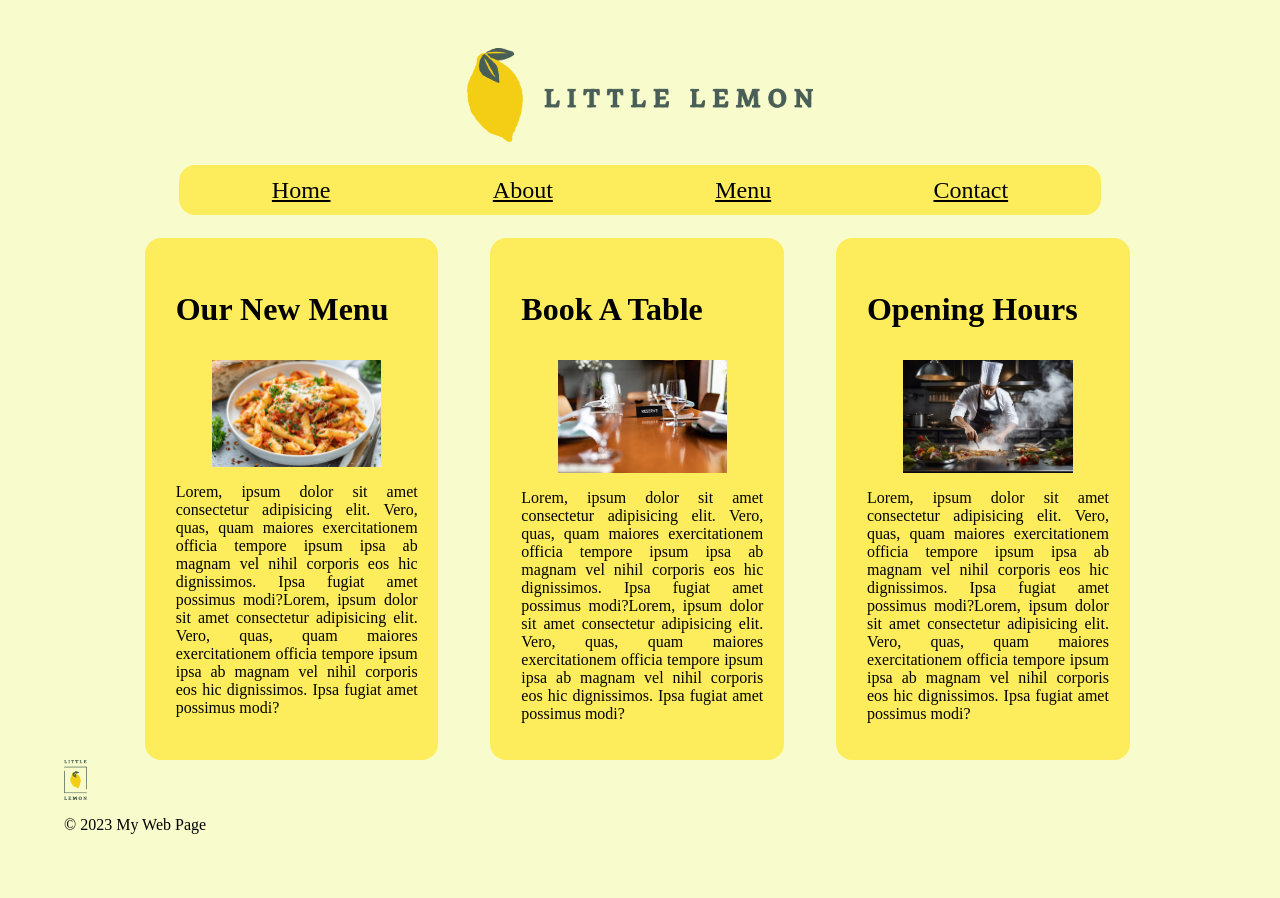
Repository: Yeshwanth-189/meta-html-css
Page: index.html
These files come from the project's save history. The page is drawn as it stood at one moment and after a run of saves; the edit follows.
The browser window is 1280 px wide. The pictures show the whole page.

Above is the page before, as saved 2025-04-21 23:19:30.

After the next 2 saves:
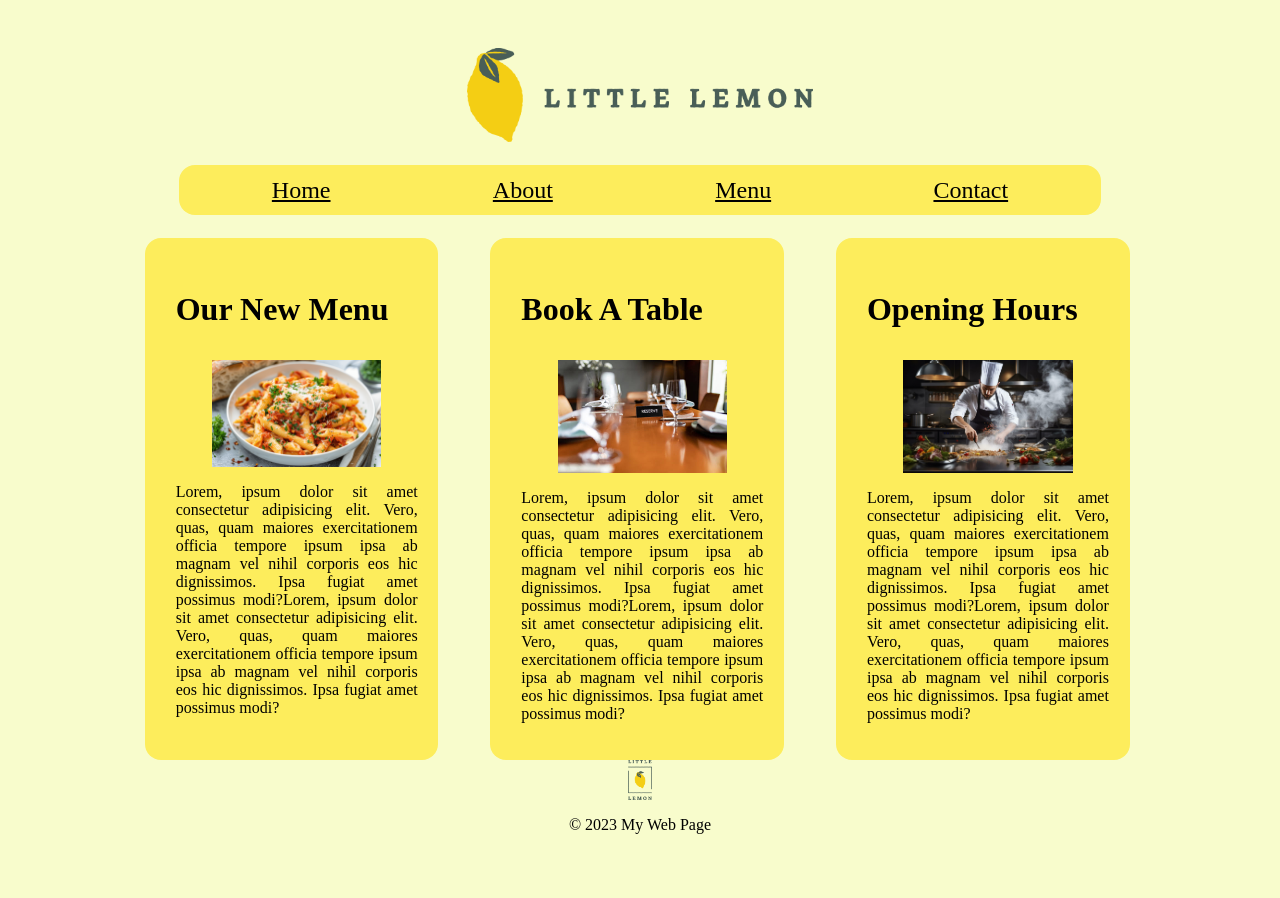
The 2 saves are shown as one change because they came seconds apart.
The last was saved 9 s later.
--- a/styles.css
+++ b/styles.css
@@ -56,6 +56,8 @@
 }
 footer div {
   display: flex;
+  flex-direction: row;
+  justify-content: space-around;
 }
 footer {
   flex: 1;

After the save that followed:
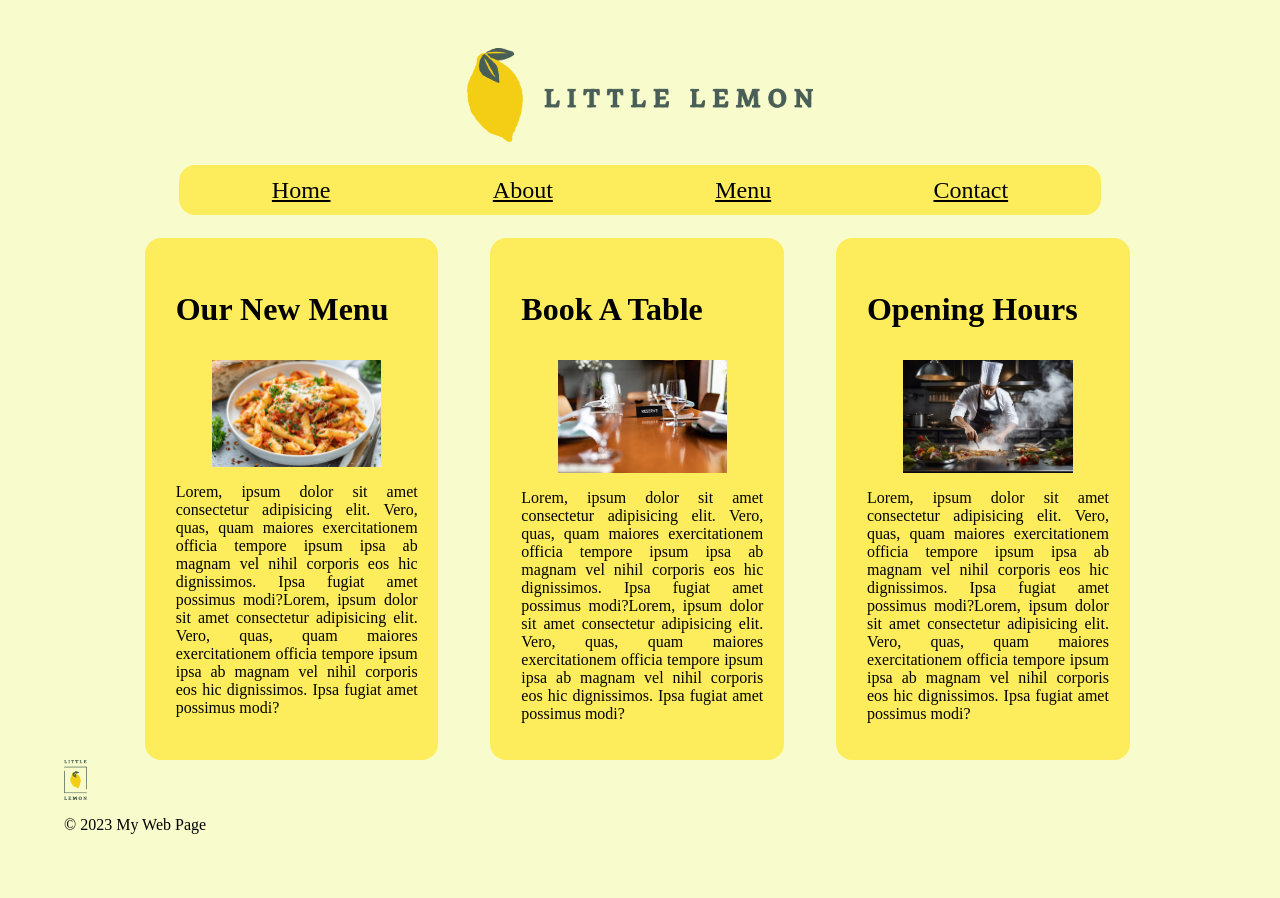
Saved 7 s later.
--- a/styles.css
+++ b/styles.css
@@ -56,7 +56,7 @@
 }
 footer div {
   display: flex;
-  flex-direction: row;
+  flex-direction: column;
   justify-content: space-around;
 }
 footer {
